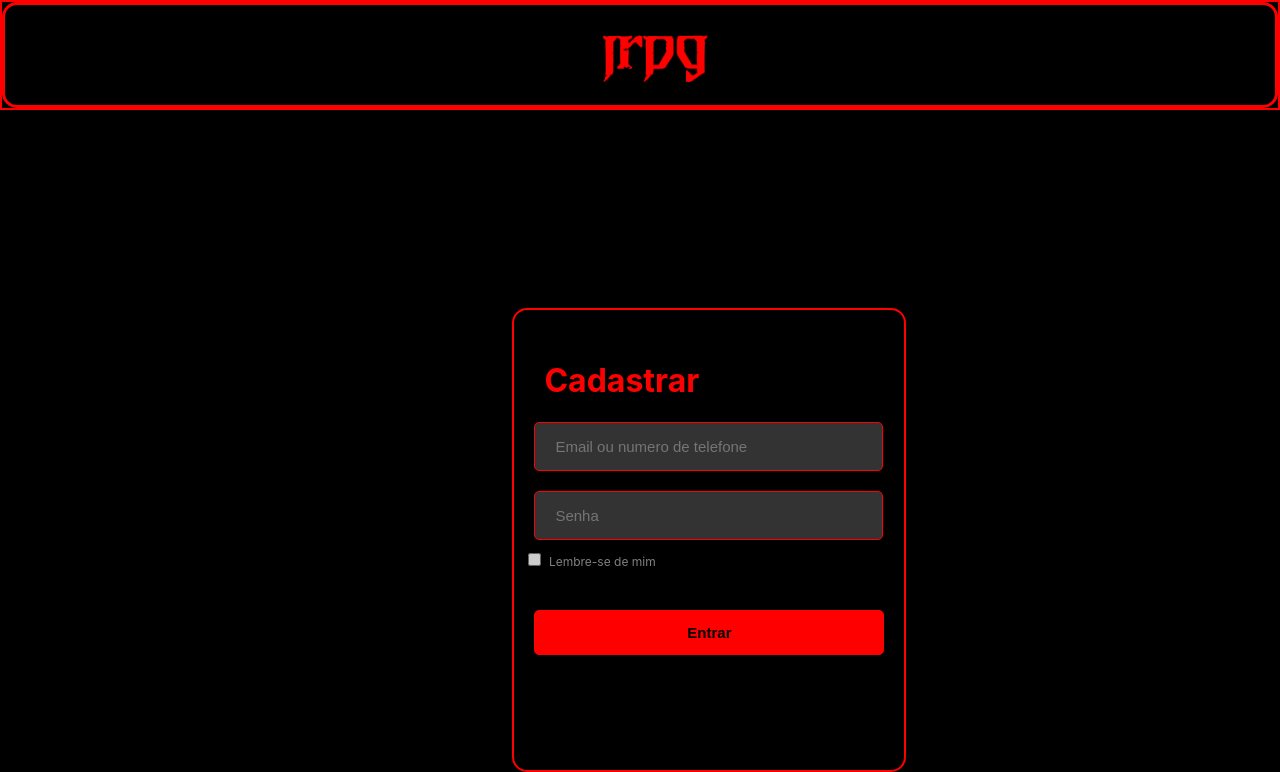
Repository: jpmaffei18/PROJETO_JAVA
Page: FinalWeb/src/main/webapp/cadastro.html
These files come from the project's save history. The page is drawn as it stood at one moment and after the next save; the edit follows.
The browser window is 1280 px wide. The pictures show the whole page.
Some web fonts or font styles are not loaded; a fallback is used.

Above is the page before, as saved 2023-04-12 12:19:29.

After the next save:
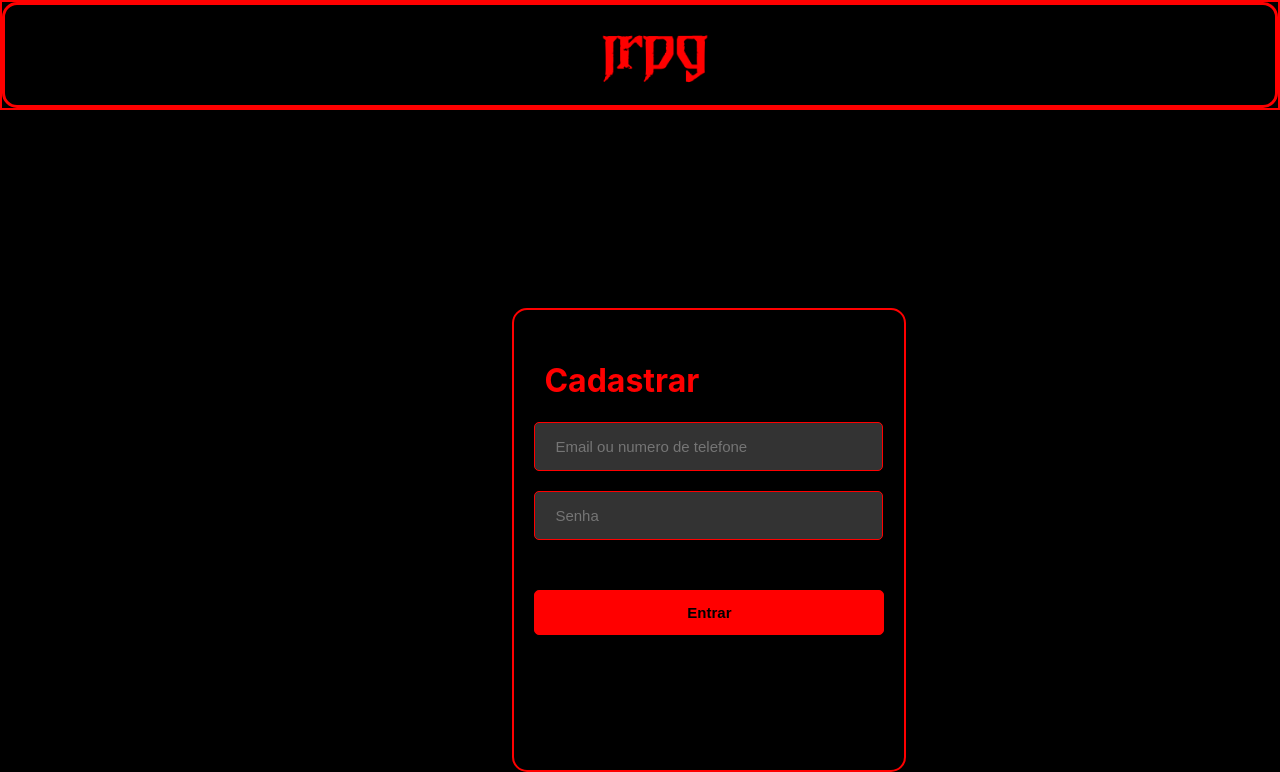
Saved 16 s later.
--- a/FinalWeb/src/main/webapp/cadastro.html
+++ b/FinalWeb/src/main/webapp/cadastro.html
@@ -25,10 +25,6 @@
                 <input type="password" name="senha" id="password" class="form-control" data-toggle="password" placeholder="Senha" style="width: 325px; height: 45px; border: solid 1px red; border-radius:5px;  background-color: #333333; color: white; padding-left: 20px; margin-bottom: 10px; margin-left: 10px; font-size: 15px;">
                 <br/>
                 <div class="box">
-                <input type="checkbox" style="opacity: 0.8" value="lembre-se de mim" style="margin-left: 0px; background-color:grey;"/>
-                <label for="lembre-se de mim" style="font-size: 12px; color:grey;">Lembre-se de mim</label>
-                </div>
-
                 <br/>
                 <br/>
 
